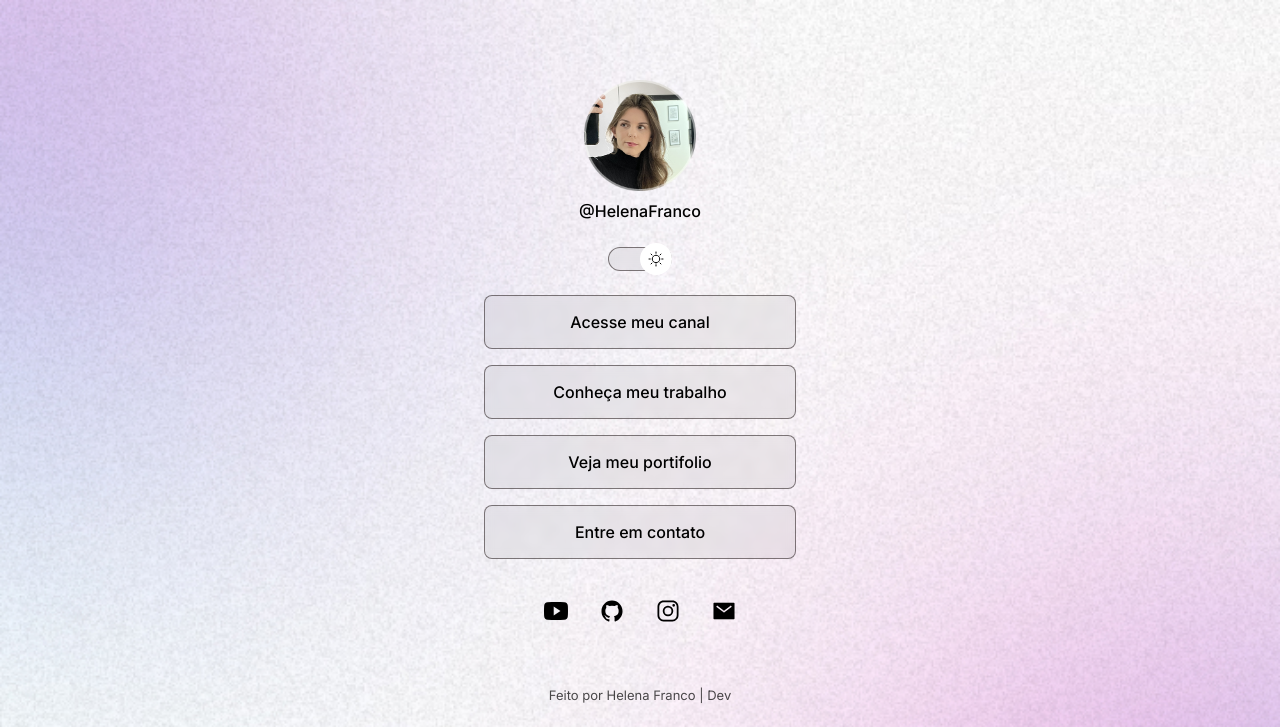
Repository: Fr4nc021/Pagina-de-links-
Page: index.html
An editor plug-in stored every save of this project. The page is shown before and after the next save, followed by the edit.
The browser window is 1280 px wide. The pictures show the whole page.

Above is the page before, as saved 2025-02-17 20:53:07.

### index.html
<!DOCTYPE html>
<html lang="pt-br" class="light">
    <head>
    <link rel="preconnect" href="https://fonts.googleapis.com" />
    <link rel="preconnect" href="https://fonts.gstatic.com" crossorigin
    />
    <link
    href="https://fonts.googleapis.com/css2?family=Inter:ital,opsz,wght@0,14..32,100..900;1,14..32,100..900&display=swap" rel="stylesheet"
    />
    <meta charset="UTF-8" />
    <meta http-equiv="X-UA-Compatible" content="IE=edge" />
    <meta name="viewport" content="width=device-width, initial-scale=1.0" />
    <title>DevLinks</title>
    <link rel="stylesheet" href="style.css" />
</head>
<body>
    <div id="container">
    <div id="profile">
    <img
        src="./assets/avatar.png"
        alt="Foto da Helena Franco sorrindo">
        <p>@HelenaFranco</p>
    </div>
    <div id="switch">
        <button></button>
        <span></span>
    </div>

    <div>
        <ul>
            <li>
                <a href="#" target="_blank">Acesse meu canal</a>
            </li>
            <li>
                <a href="#" target="_blank">Conheça meu trabalho</a>
            </li>
            <li>
                <a href="#" target="_blank">Veja meu portifolio</a>
            </li>
            <li>
                <a href="#" target="_blank">Entre em contato</a>
            </li>
        </ul>
    </div>
        <div id="social-links">
            <a href="https://www.youtube.com/@FR4NC021" target="_blank">
            <ion-icon name="logo-youtube"></ion-icon></a>

            <a href="https://github.com/Fr4nc021" target="_blank">
            <ion-icon name="logo-github"></ion-icon></a>

            <a href="https://www.instagram.com/h.franco__/" target="_blank">
            <ion-icon name="logo-instagram"></ion-icon></a>

            <a href="https://w.app/doczx7" target="_blank">
            <ion-icon name="mail-sharp"></ion-icon></a>
        </div>

        <footer>
            Feito por Helena Franco | Dev
        </footer>
    </div>
    <script
    type="module"
    src="https://unpkg.com/ionicons@7.1.0/dist/ionicons/ionicons.esm.js" ></script>
<script
nomodule
src = "https://unpkg.com/ionicons@7.1.0/dist/ionicons/ionicons.js" ></script>
</body>
</html>

### style.css
* {
    margin: 0%;
    padding: 0%;
    box-sizing: border-box;
}

:root {
    --text-color: white;
    --bg-url: url(./assets/bg-mobile.jpg);
    --stroke-color: rgba(255, 255, 255, 0.5);
    --surface-color: rgba(255, 255, 255, 0.1);
    --surface-color-hover: rgba(0, 0, 0, 0.02);
    --highlight-color: rgba(255, 255, 255, 0.2);
    --switch-bg-url: url(./assets/moon-stars.svg);
}

.light {
    --text-color: black;
    --bg-url: url(./assets/bg-mobile-light.jpg);
    --stroke-color: rgba(15, 5, 5, 0.5);
    --surface-color: rgba(0, 0, 0, 0.05);
    --surface-color-hover: rgba(0, 0, 0, 0.02);
    --highlight-color: rgba(0, 0, 0, 0.1);
    --switch-bg-url: url(./assets/sun.svg);


}

body {
background: var(--bg-url) no-repeat top center/cover;
color: var(--text-color);
}

body * {
        font-family: "Inter", sans-serif;
        color: var(--text-color);
    }

#container {
    width: 360px;
    margin: 56px auto 0px;
    padding: 0 24px;
}

#profile img {
    width: 112px;
    display: block;
    margin: auto;

}

#profile {
    text-align: center;
    padding: 24px;
}

#profile p {
    font-weight: 500;
    line-height: 24px;
    margin-top: 8px;
}

#switch {
    position: relative; /* põe o elemento dentro de outro */
    width: 64px;

    margin: 0 auto;
}

#switch button {
    width: 32px;
    height: 32px;
    background: white var(--switch-bg-url) no-repeat center;
    border: 0;
    border-radius: 50%;

    position: absolute;
    top: 50%;
    right: 0;
    z-index: 1;
    transform: translateY(-50%);
}

#switch span {
    display: block;
    width: 64px;
    height: 24px;
    background: var(--surface-color);
    border: 1px solid var(--stroke-color);
    backdrop-filter: blur(4px);
    -webkit-backdrop-filter: blur(4px);
    border-radius: 9999px;
}

/* Links */

ul{
    list-style: none;
    display: flex;
    flex-direction: column;
    gap: 16px;

    padding: 24px 0;
}

ul li a {

        display: flex;
        align-items: center;
        justify-content: center;

        padding: 16px 24px;

        background: var(--surface-color);
        border: 1px solid var(--stroke-color);
        border-radius: 8px;

        -webkit-backdrop-filter: blur(4px);
        backdrop-filter: blur(4px);

        text-decoration: none;
        font-weight: 500;

        transition: background 0.2s;
    }

    /* pseudo-selector */

    ul li a:hover {
        background: var(--surface-color-hover);
        border: 1.5px solid var(--text-color);
    }

    #social-links {
        display: flex;
        justify-content: center;

        margin-top: 24px 0;

        font-size:24px;
    }

    #social-links a {
        display: flex;
        align-items: center;
        justify-content: center;
        padding: 16px;

        transition: 0.2s;
        border-radius: 50%;
    }


    #social-links a:hover {
        background:--var(--highlight-color);
    }

    footer {
        padding: 24px;
        text-align: center;
        margin-top: 24px;
        font-size: small;
        opacity: 0.7;

    }

### assets/sun.svg
<svg width="16" height="16" viewBox="0 0 16 16" fill="none" xmlns="http://www.w3.org/2000/svg">
<path d="M8 11.75C10.0711 11.75 11.75 10.0711 11.75 8C11.75 5.92893 10.0711 4.25 8 4.25C5.92893 4.25 4.25 5.92893 4.25 8C4.25 10.0711 5.92893 11.75 8 11.75Z" stroke="black" stroke-linecap="round" stroke-linejoin="round"/>
<path d="M8 2.25V1" stroke="black" stroke-linecap="round" stroke-linejoin="round"/>
<path d="M3.9313 3.9313L3.05005 3.05005" stroke="black" stroke-linecap="round" stroke-linejoin="round"/>
<path d="M2.25 8H1" stroke="black" stroke-linecap="round" stroke-linejoin="round"/>
<path d="M3.9313 12.0687L3.05005 12.95" stroke="black" stroke-linecap="round" stroke-linejoin="round"/>
<path d="M8 13.75V15" stroke="black" stroke-linecap="round" stroke-linejoin="round"/>
<path d="M12.0686 12.0687L12.9499 12.95" stroke="black" stroke-linecap="round" stroke-linejoin="round"/>
<path d="M13.75 8H15" stroke="black" stroke-linecap="round" stroke-linejoin="round"/>
<path d="M12.0686 3.9313L12.9499 3.05005" stroke="black" stroke-linecap="round" stroke-linejoin="round"/>
</svg>

After the next save:
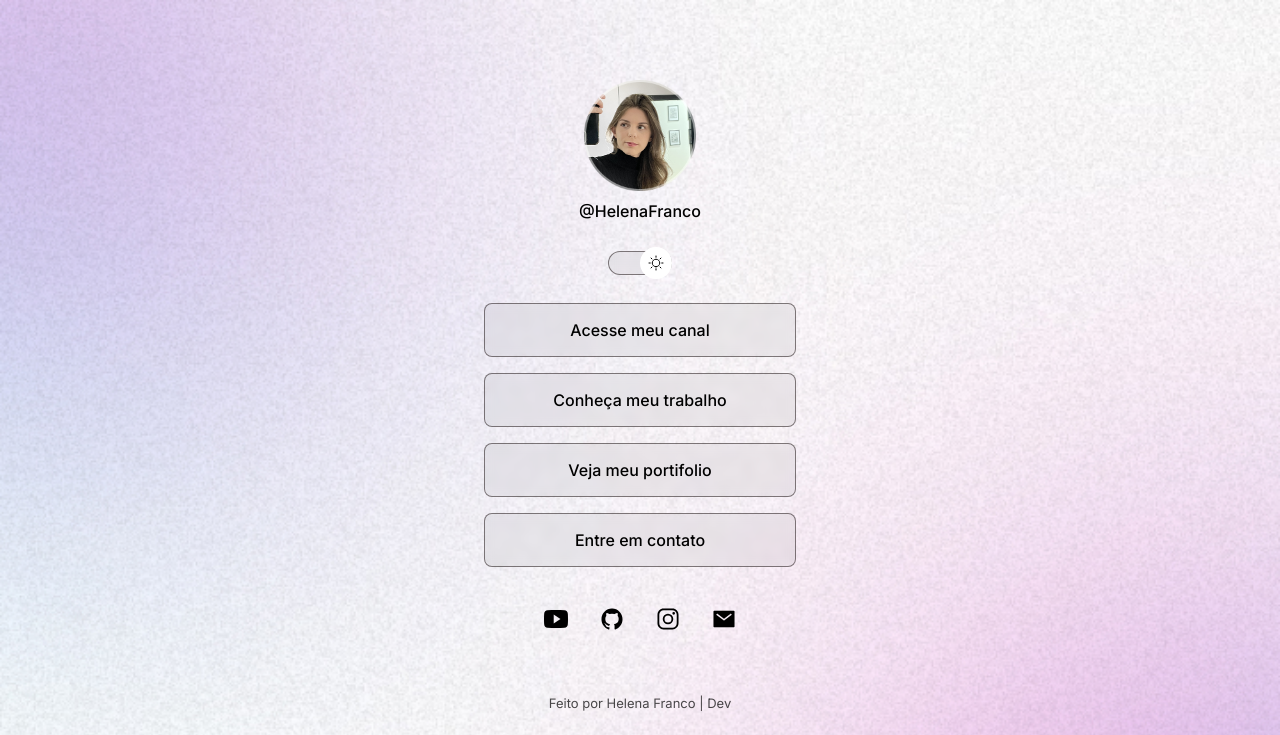
Saved 16 s later.
--- a/style.css
+++ b/style.css
@@ -64,7 +64,7 @@ body * {
     position: relative; /* põe o elemento dentro de outro */
     width: 64px;
 
-    margin: 0 auto;
+    margin: 4px auto;
 }
 
 #switch button {
